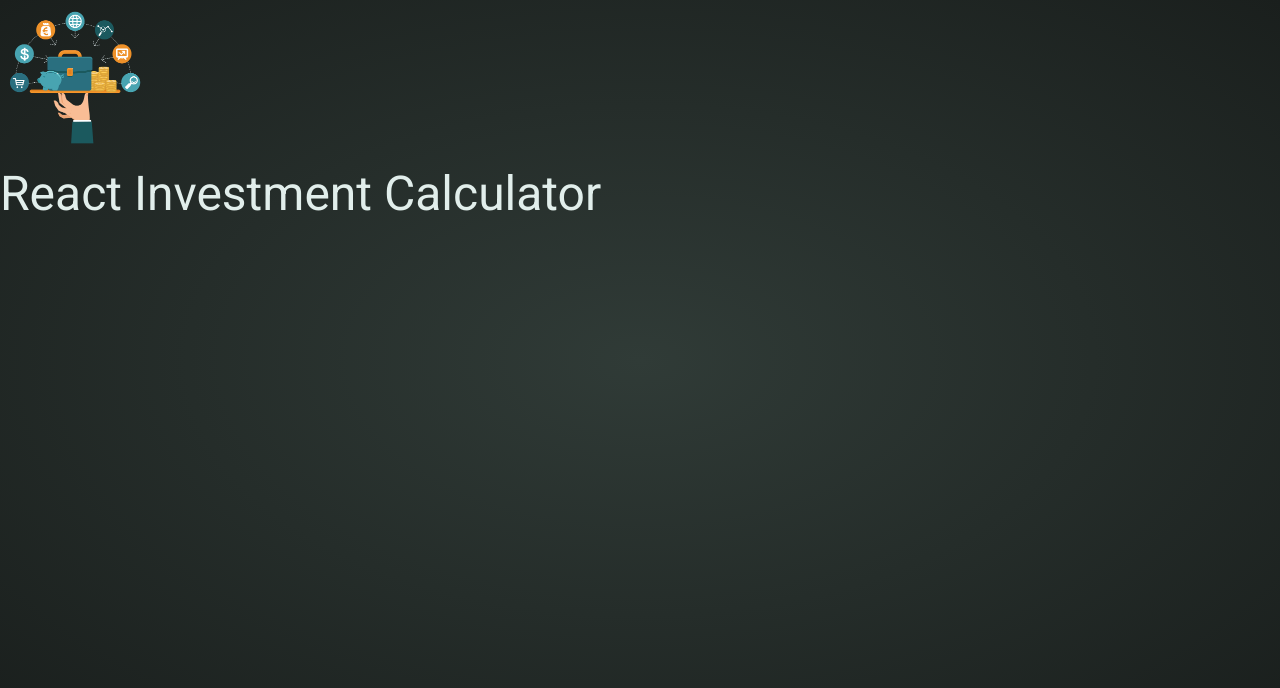
Repository: ErminiaDev/investment-app
Page: /
These files come from the project's save history. The page is drawn as it stood at one moment and after the next save; the edit follows.
The browser window is 1280 px wide. The pictures show the whole page.
The project was rebuilt for these pictures with package versions that can differ from the ones it lists, and the page was loaded fresh each time. Also part of the build but not shown: vite.config.js.

Above is the page before, as saved 2024-02-23 12:15:51.

### src/index.jsx
import ReactDOM from 'react-dom/client';

import App from './App.jsx';
import './index.css';

import '@fontsource/roboto/300.css';
import '@fontsource/roboto/400.css';
import '@fontsource/roboto/500.css';
import '@fontsource/roboto/700.css';

ReactDOM.createRoot(document.getElementById('root')).render(<App />);

### src/App.jsx
import Header from "./components/Header";

function App() {
  return (
    <Header/>
  )
}

export default App

### src/components/Header.jsx
import { Box, Stack, Typography } from "@mui/material";

export default function Header({}) {
  return (
    <Stack spacing={2} display="flex" justifyContent="center">
      <Box
        component="img"
        sx={{ height: 150, width:150 }}
        src="src/assets/investment-calculator-logo.png"
        alt=""
      />
      <Typography variant="h3">React Investment Calculator</Typography>
    </Stack>
  );
}

Loaded but not shown: index.html (common file); src/index.css (common file)

After the next save:
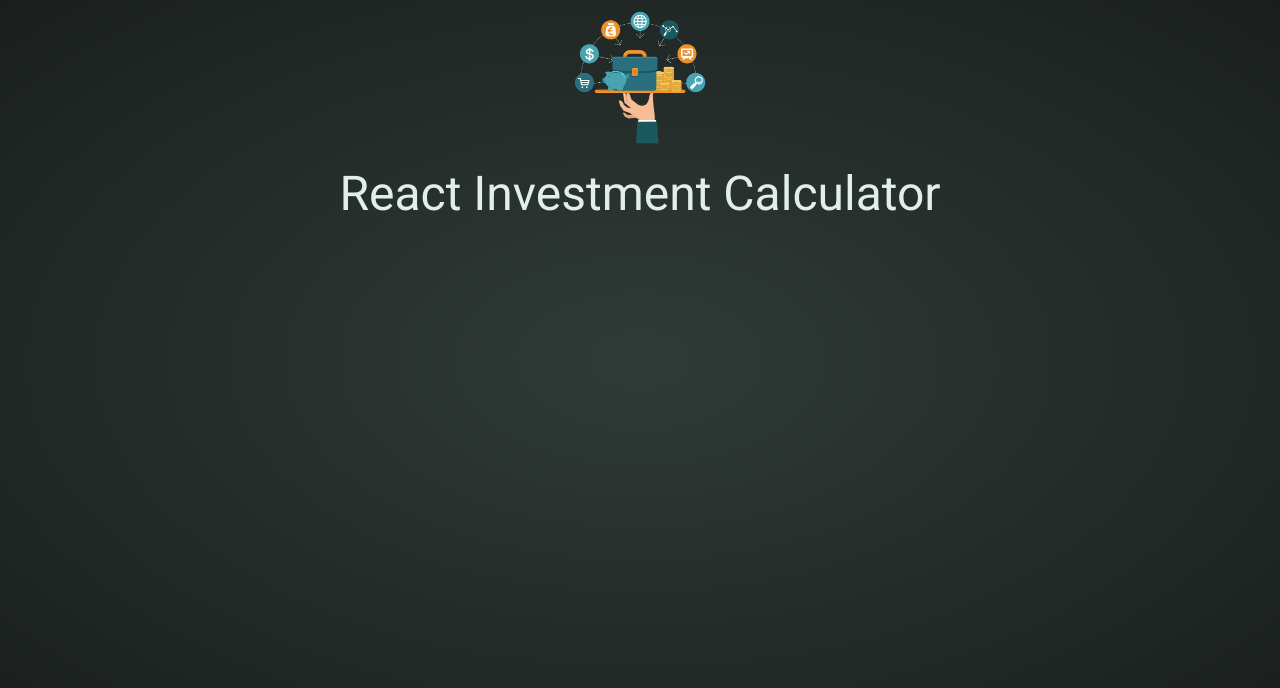
Saved 29 s later.
--- a/src/components/Header.jsx
+++ b/src/components/Header.jsx
@@ -2,7 +2,7 @@ import { Box, Stack, Typography } from "@mui/material";
 
 export default function Header({}) {
   return (
-    <Stack spacing={2} display="flex" justifyContent="center">
+    <Stack spacing={2} display="flex" alignItems="center">
       <Box
         component="img"
         sx={{ height: 150, width:150 }}
